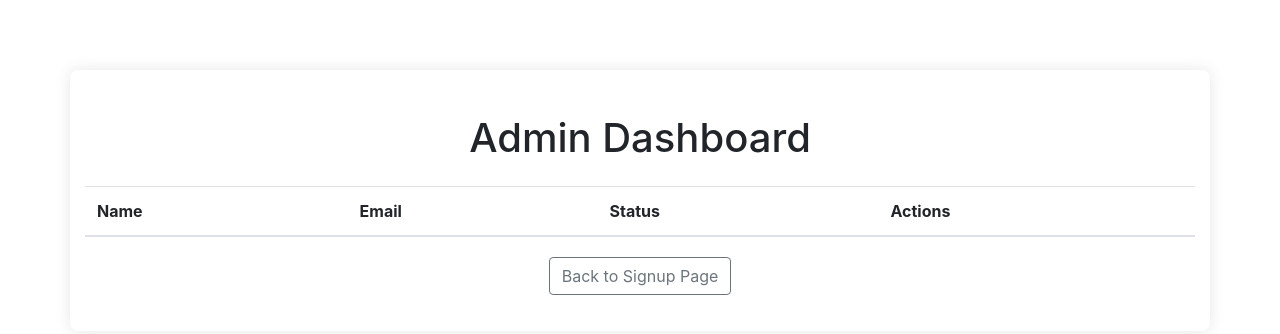
Repository: rmdayberry/yodlr-take-home
Page: public/admin.html
The author's editor kept a copy of each file at every save. The page is drawn from the files as they stood at one save, then again after the next save.
The browser window is 1280 px wide. The pictures show the whole page.
The page's requests for data from a server got no answer.

Above is the page before, as saved 2024-10-09 10:27:25.

### public/admin.html
<!DOCTYPE html>
<html lang="en">
  <head>
    <meta charset="UTF-8" />
    <meta name="viewport" content="width=device-width, initial-scale=1.0" />
    <title>Admin Page - User Management</title>
    <link rel="stylesheet" href="css/styles.css" />
    <link rel="stylesheet" href="css/signup.css" />
    <link
      rel="stylesheet"
      href="https://stackpath.bootstrapcdn.com/bootstrap/4.5.2/css/bootstrap.min.css"
    />
    <script src="https://code.jquery.com/jquery-3.6.0.min.js"></script>
  </head>
  <body>
    <div class="container">
      <h1 class="mt-4">Admin Dashboard</h1>
      <table class="table mt-4" id="userTable">
        <thead>
          <tr>
            <th>Name</th>
            <th>Email</th>
            <th>Status</th>
            <th>Actions</th>
          </tr>
        </thead>
        <tbody id="userTableBody">
          <!-- User rows will be populated here -->
        </tbody>
      </table>
      <div class="text-center">
        <p>
          <a href="/signup.html" class="btn btn-outline-secondary"
            >Back to Signup Page</a
          >
        </p>
      </div>
    </div>

    <script>
      let users = []; //Empty array to hold user data

      // Fetch users from the server
      function fetchUsers() {
        $.ajax({
          type: "GET",
          url: "http://localhost:3000/users",
          success: function (response) {
            users = response; // Store the user data
            updateUserTable(); // Call function to render table
          },
          error: function (err) {
            console.error("Error fetching users:", err);
          },
        });
      }

      // Change user status
      function changeUserStatus(userId, newStatus) {
        const user = users.find((u) => u.id === userId);
        if (user) {
          // Update only the status
          user.status = newStatus;

          // Make AJAX request to update user on the server
          $.ajax({
            type: "PUT",
            url: `http://localhost:3000/users/${userId}`,
            data: JSON.stringify({
              ...user, // Spread operator to include all user properties
              status: newStatus, // Update only status
            }),
            contentType: "application/json",
            success: function (response) {
              console.log("User updated successfully:", response);
              updateUserTable(); // Refresh user table
            },
            error: function (err) {
              console.error("Error updating user:", err);
            },
          });
        } else {
          console.error("User not found");
        }
      }

      //Delete user function
      function deleteUser(userId) {
        $.ajax({
          type: "DELETE",
          url: `http://localhost:3000/users/${userId}`,
          success: function (response) {
            console.log("User deleted successfully:", response);
            //Remove user from array
            users = users.filter((user) => user.id !== userId);
            updateUserTable();
          },
          error: function (err) {
            console.error("Error deleting user:", err);
          },
        });
      }

      // Render users in the table
      function updateUserTable() {
        const tableBody = $("#userTableBody");
        tableBody.empty(); // Clear existing table body

        users.forEach((user) => {
          const row = `<tr>
                    <td>${user.firstName} ${user.lastName}</td>
                    <td>${user.email}</td>
                    <td>${user.status}</td>
                    <td>
                        <button onclick="changeUserStatus(${user.id}, 'inactive')" class="btn btn-warning">Set Inactive</button>
                        <button onclick="changeUserStatus(${user.id}, 'active')" class="btn btn-success">Set Active</button>
                        <button onclick="deleteUser(${user.id})" class="btn btn-danger">Delete</button>
                    </td>
                </tr>`;
          tableBody.append(row); // Add new row to the table
        });
      }

      // Fetch users when the page loads
      $(document).ready(function () {
        fetchUsers();
      });
    </script>
  </body>
</html>

### public/css/styles.css
@import url("https://fonts.googleapis.com/css2?family=Roboto:wght@400;500;700&display=swap");

body {
  font-family: "Roboto", sans-serif;
  background-color: #f8f9fa;
  padding: 20px;
}

### public/css/signup.css
.container {
  max-width: 500px;
  margin: 50px auto;
  padding: 20px;
  background-color: white;
  border-radius: 8px;
  box-shadow: 0px 0px 15px rgba(0, 0, 0, 0.1);
}
h1 {
  text-align: center;
  margin-bottom: 20px;
}
.form-group {
  margin-bottom: 15px;
}

.btn-primary {
  width: 100%;
}

.text-center {
  text-align: center;
  margin-top: 20px;
}

After the next save:
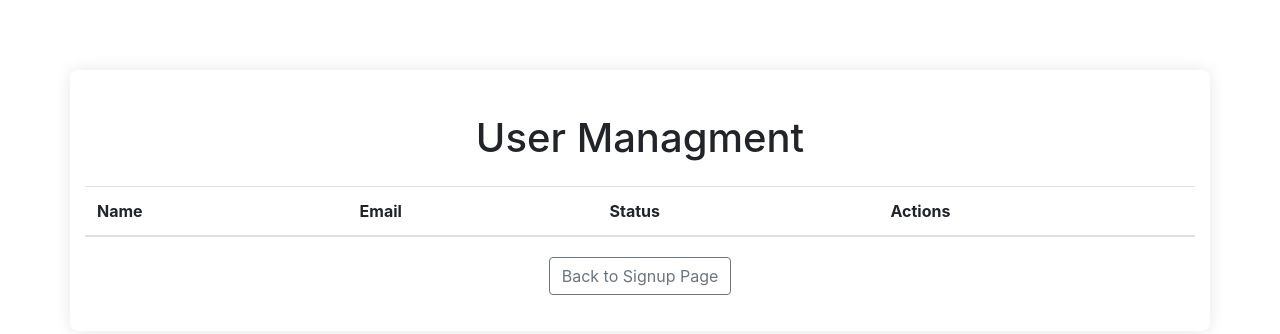
Saved 23 s later.
--- a/public/admin.html
+++ b/public/admin.html
@@ -14,7 +14,7 @@
   </head>
   <body>
     <div class="container">
-      <h1 class="mt-4">Admin Dashboard</h1>
+      <h1 class="mt-4">User Managment</h1>
       <table class="table mt-4" id="userTable">
         <thead>
           <tr>
